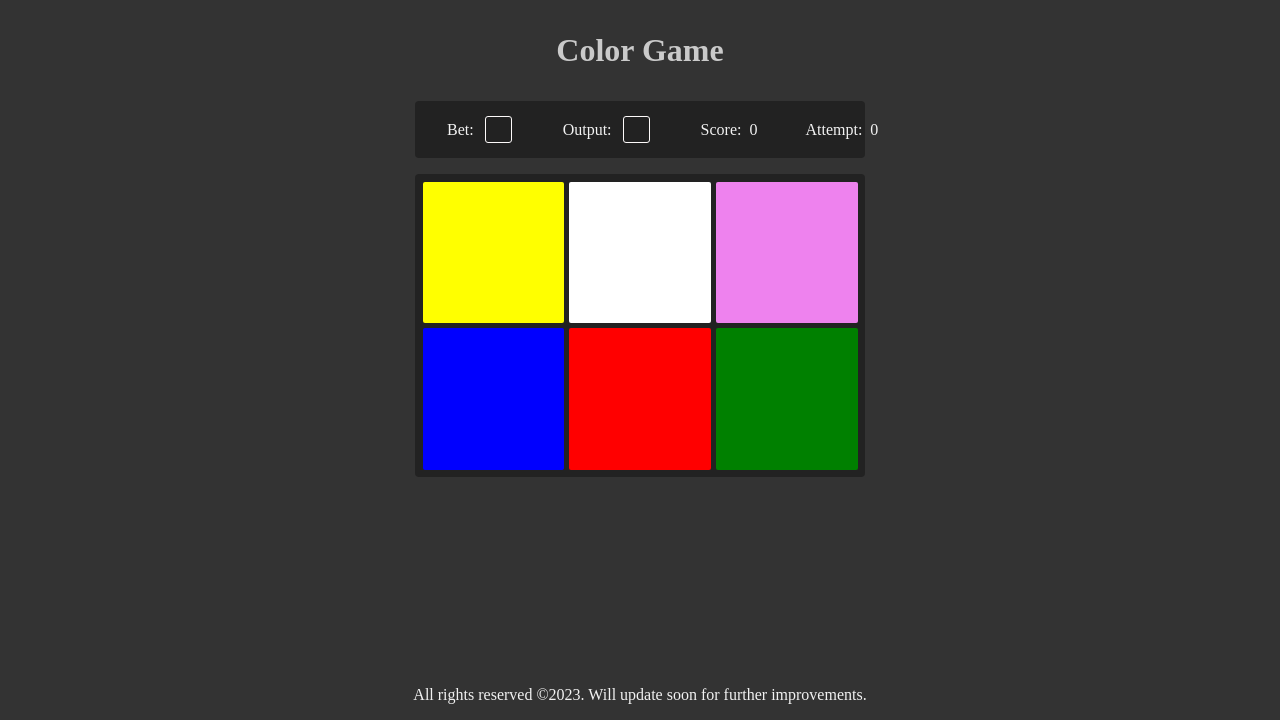
Repository: Pxych09/Simple-Game-VanillaJS
Page: Simple Web Game/color-game.html
An editor plug-in stored every save of this project. The page is shown before and after the next save, followed by the edit.
The browser window is 1280 px wide. The pictures show the whole page.

Above is the page before, as saved 2023-10-03 10:59:39.

### Simple Web Game/color-game.html
<!DOCTYPE html>
<html lang="en">
<head>
    <meta charset="UTF-8">
    <meta name="viewport" content="width=device-width, initial-scale=1.0">
    <title>Color Game</title>
    <link rel="stylesheet" href="./css/styles.css">
    <script src="./js/color-game.js" defer></script>
</head>
<body>

    <div id="master-color">

        <div class="for-title-color"><h1 class="color-title">Color Game</h1></div>
        <div class="color-dashboard">
            <div>Bet: <div class="color-bet"></div></div>
            <div>Output: <div class="color-output"></div></div>
           <div>Score: <div id="color-score"></div></div>
           <div>Attempt: <div id="attempt"></div></div>
        </div>
        <div class="container-colors">
            <div class="box-colors">
                <div></div>
                <div></div>
                <div></div>
                <div></div>
                <div></div>
                <div></div>
            </div>

            <div class="for-btn-color"><button class="btn-roll-color unshow"><span>Roll</span>&nbsp;<span class="dice">🎲</span></button></div>
        </div>

        <footer>
            <p>All rights reserved &copy;2023. Will update soon for further improvements.</p>
        </footer>

    </div>

</body>
</html>

### Simple Web Game/css/styles.css
@import url('https://fonts.googleapis.com/css2?family=Anton&family=Inconsolata:wght@300&family=Lobster&family=PT+Sans:wght@700&family=Poppins&display=swap');

*, ::before, ::after{
    margin: 0; padding: 0;
    box-sizing: border-box;
}

footer{
    position: fixed;
    bottom: 0;
    padding: 1rem;
    left: 0; right: 0;
    text-align: center;
}

/* FOR COLOR GAME */
#master-color{
    min-height: 100vh;
    min-height: 100dvh;
    background-color: #333;
    display: block;
    color: #f2f2f2;
}
.color-title{
    color: #cacaca;
}
#master-color > div{
    width: 100%;
    text-align: center;
}
#master-color .for-title-color{
    padding-block: 2rem;
}
#master-color .color-dashboard > div{
    display: flex; padding: 1rem;
    gap: .5rem;
    justify-content: flex-start; align-items: center;
}
#master-color .color-dashboard{
    display: flex; gap: 1rem;
    background-color: #222;
    justify-content: space-around;
    align-items: center;
    padding: 0rem 1rem;
    /* overflow: hidden; */
    margin-inline: auto;
    border-radius: 4px;
    width: min(100%, 450px);
}
.for-btn-color{
    display: grid;
    padding: 1rem;
}
button.btn-roll-color:hover,
button.btn-roll-color:focus{
    background: rgba(253, 176, 33, 0.938);
    outline: 2px solid rgb(226, 148, 3);
    color: rgb(18, 18, 231);
    outline-offset: 1px;
}
button.btn-roll-color{
    display: flex; justify-content: center; align-items: center;
    font-size: 1rem;
    outline-offset: 2px;
    color: rgb(27, 27, 185);
    text-transform: uppercase;
    font-weight: bold;
    background: orange;
    outline: 2px solid rgba(248, 181, 58, 0.63);
    border: none; margin-inline: auto;
    padding: .5rem 1rem;
    border-radius: .7rem;
    width: min(100%, 100px);
    cursor: pointer;
}
#master-color .container-colors{
    padding-block: 1rem;
    display: grid;
    place-items: center;
}
.container-colors .box-colors{
    --mx-width: 450px;
    --radius: 2px;
    --gap: 5px;
    display: grid;
    grid-template-columns: repeat(3, 1fr);
    gap: var(--gap);
    width: min(100%, var(--mx-width));
    background: #222;
    padding: calc(var(--gap) * 1.5);
    border-radius: calc(var(--radius) * 2);
}
.container-colors .box-colors div{
    /* width: calc(var(--mx-width) / 3.5); */
    background-color: #cacaca;
    aspect-ratio: 1;
    margin: 0;
    border-radius: var(--radius);
}
.container-colors .box-colors div:hover{
    opacity: .8;
}

.color-bet,
.color-output{
    margin-inline: .25rem;
    /* background: yellow; */
    outline: 1px solid #fdfafa;
    width: 25px;
    border-radius: 2px;
    aspect-ratio: 1;
}

.container-colors .box-colors div.light{
    opacity: 1;
    animation: light .5s ease;
    pointer-events: none;
    /* animation-iteration-count: 25; */
}

.container-colors .box-colors div.win{
    opacity: .4;
}

@keyframes light {
    to{
        opacity: .4;
    }
}


button.btn-roll-color.unshow{
    display: none;
}
button.btn-roll-color.spin-dice > .dice{
    animation: roll .5s linear infinite;
}
button.btn-roll-color.spin-dice{
    pointer-events: none;
    transition: .3s ease;
}

@keyframes roll {
    to{
        rotate: -360deg;
    }
}

### Simple Web Game/js/color-game.js
const box_colors = document.querySelectorAll('.box-colors div')
const color_bet = document.querySelector('.color-bet')
const color_output = document.querySelector('.color-output')
const color_score = document.querySelector('#color-score')
const btn_roll = document.querySelector('.btn-roll-color')
const attempt = document.querySelector('#attempt')

let colors_length = box_colors.length
const colors = ['yellow', 'white', 'violet', 'blue', 'red', 'green']
let isPlay = false
color_score.innerHTML = 0
attempt.innerHTML = 0

function initialDisplay(){
    for(let i = 0; i < colors_length; i++){
        box_colors[i].style.background = colors[i]
        box_colors[i].id = colors[i]

        box_colors[i].addEventListener('click', e =>{
            btn_roll.classList.remove('unshow')
            color_bet.style.background = box_colors[i].id
            color_bet.id = box_colors[i].id
            color_output.style.background = "none"
        })
    }
}

initialDisplay()

let score = 0
function effect(){

    let speed = 500
    let limit = 30

    function stopTime(){
        const item = Math.floor(Math.random() * colors_length)
        box_colors[item].classList.add('win')
        btn_roll.classList.remove('spin-dice')

        console.log(item)
        color_output.style.background = box_colors[item].id
        console.log("Output: "+box_colors[item].id, "Bet: "+color_bet.id)
        if(box_colors[item].id == color_bet.id){
            score++
            color_score.innerHTML = `${score}`
        }

        isPlay = false

        function reset(){
            color_bet.removeAttribute('id')

            box_colors.forEach(el =>{
                el.classList.remove('light')
                el.addEventListener('click', ()=>{
                    box_colors[item].classList.remove('win')
                })
            })
        }

        setTimeout(reset, 500)
    }

    let count = 0
    const runTime = setInterval(roll, speed)

    function roll(){
        count++
        console.log("count")
        btn_roll.classList.add('spin-dice')
        effects()
        if(count > limit){
            clearInterval(runTime)
            setTimeout(stopTime, 500)
            count = 0
        }
    }

    function effects(){
        for(let i = 0; i < colors_length; i++){
            box_colors[i].classList.add('light')
            box_colors[i].style.animationDelay = `${i}00ms`
            box_colors[i].style.animationIterationCount = `${limit}`
        }
    }
}

const RollColor = (e) =>{
    if(color_bet.hasAttribute('id')){
       // function
      isPlay = true
      console.log(isPlay)
      effect()
    }

}

btn_roll.addEventListener('click', RollColor)

After the next save:
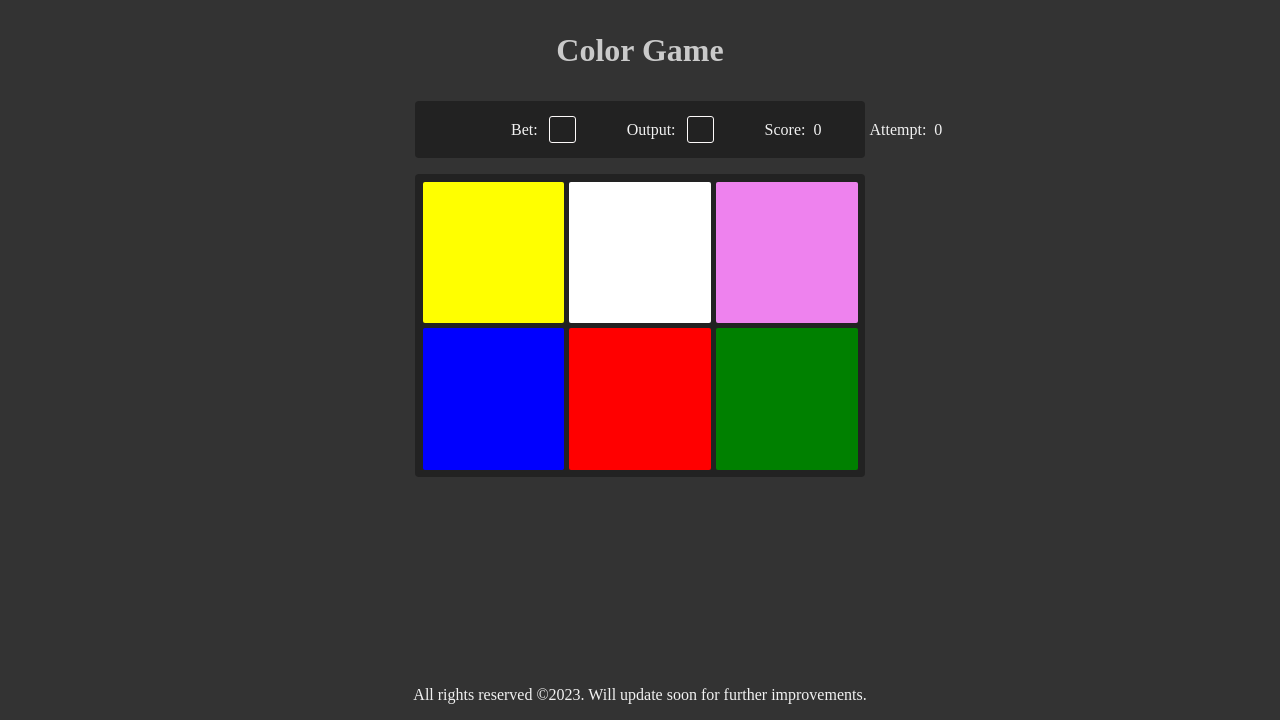
Saved 12 s later.
--- a/Simple Web Game/css/styles.css
+++ b/Simple Web Game/css/styles.css
@@ -41,7 +41,7 @@ footer{
     background-color: #222;
     justify-content: space-around;
     align-items: center;
-    padding: 0rem 1rem;
+    padding: 0rem 5rem;
     /* overflow: hidden; */
     margin-inline: auto;
     border-radius: 4px;
